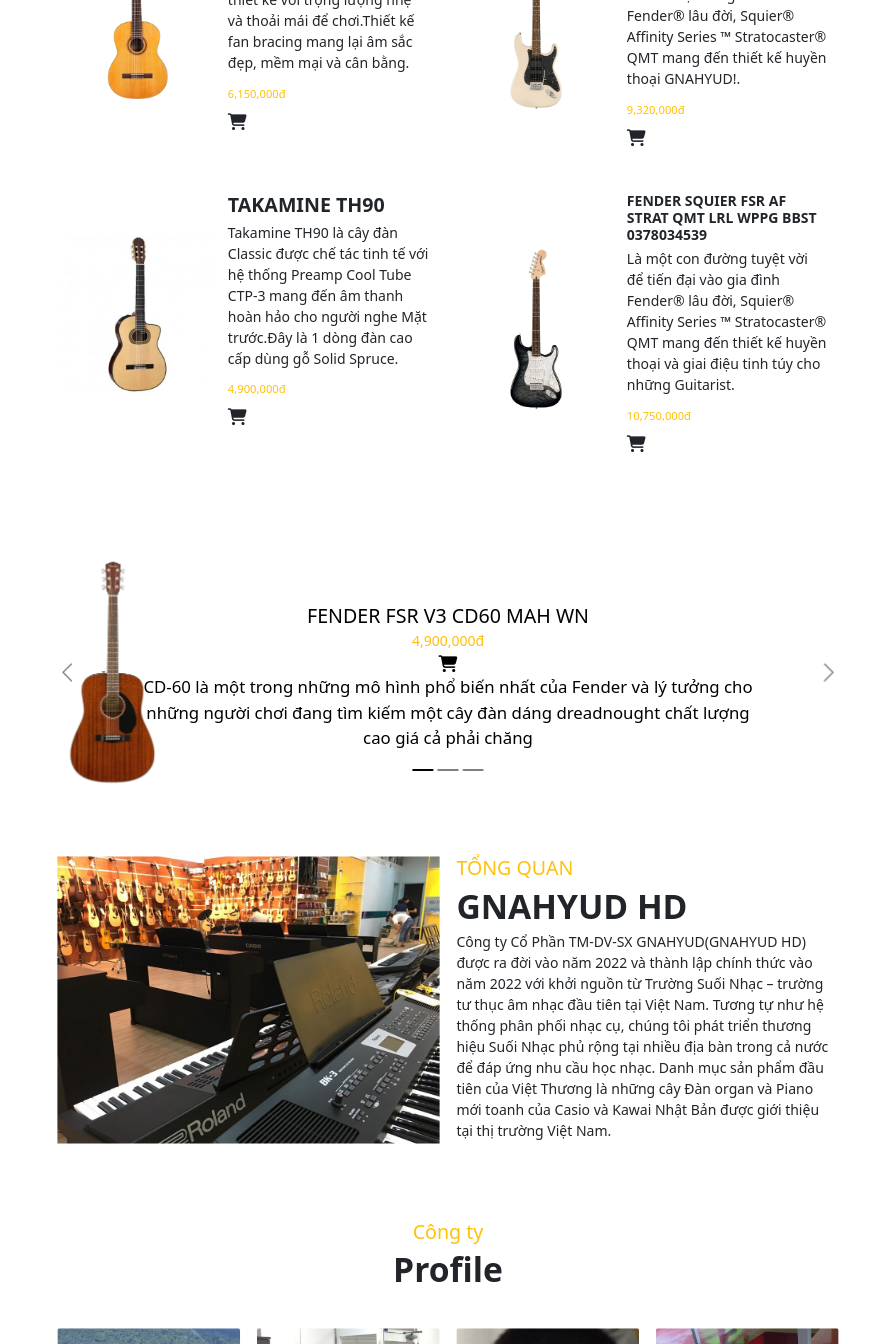
Repository: HoangDuy315/guitar
Page: index.html
An editor plug-in stored every save of this project. The page is shown before and after the next save, followed by the edit.
The browser window is 1280 px wide. The pictures show the part of the page from y = 1391 to 3311 px (the page is 4869 px tall), at 70% of full size.
Some web libraries are served in a nearby version.

Above is the page before, as saved 2022-09-16 15:55:16.

After the next save:
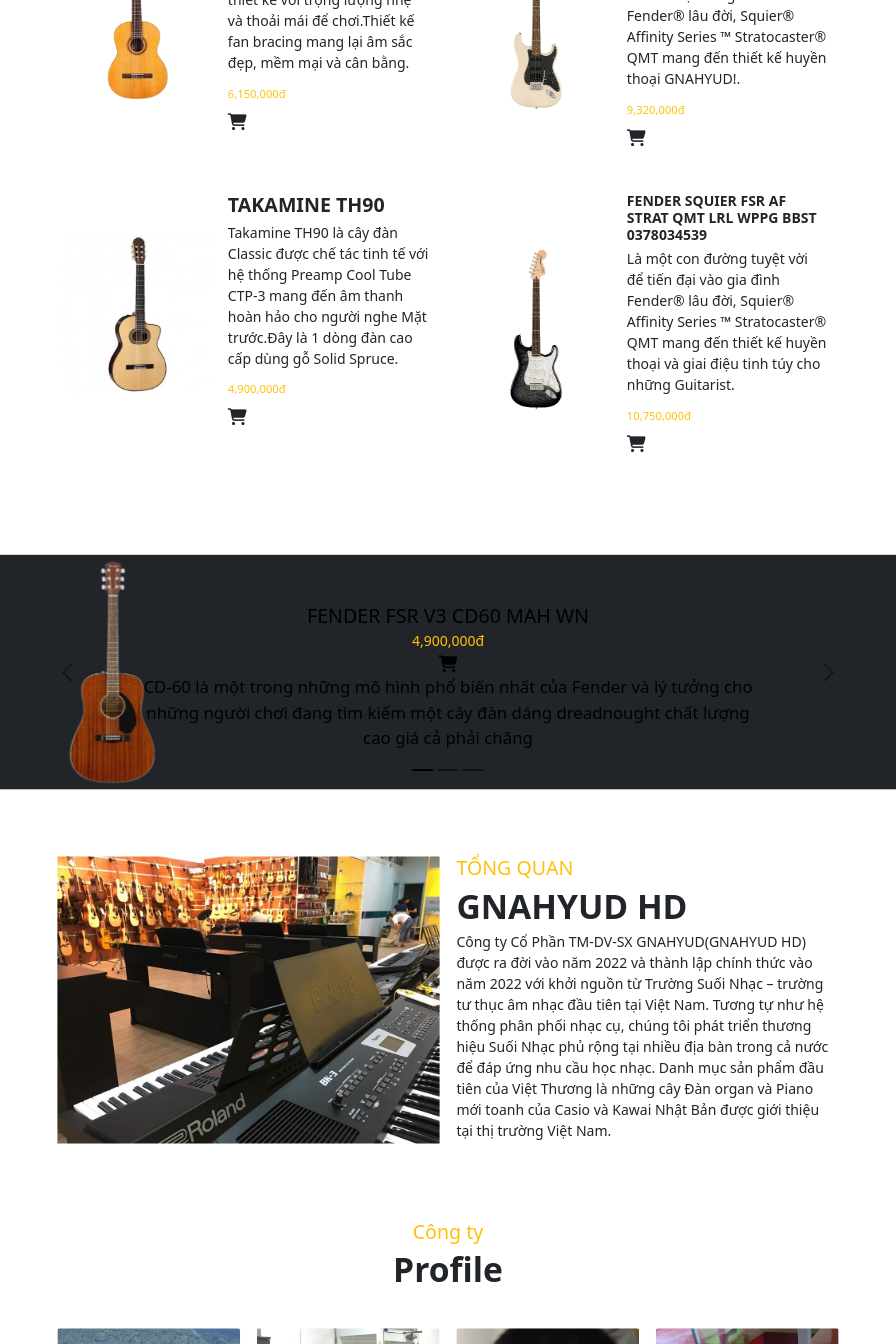
Saved 28 h 15 min later.
--- a/index.html
+++ b/index.html
@@ -197,7 +197,7 @@
     </section>
 
      <!-- Carousel -->
-     <div id="carouselExampleDark" class="carousel carousel-dark slide" data-bs-ride="carousel">
+     <div id="carouselExampleDark" class="carousel carousel-dark bg-dark slide" data-bs-ride="carousel">
       <div class="carousel-indicators">
         <button type="button" data-bs-target="#carouselExampleDark" data-bs-slide-to="0" class="active" aria-current="true" aria-label="Slide 1"></button>
         <button type="button" data-bs-target="#carouselExampleDark" data-bs-slide-to="1" aria-label="Slide 2"></button>
